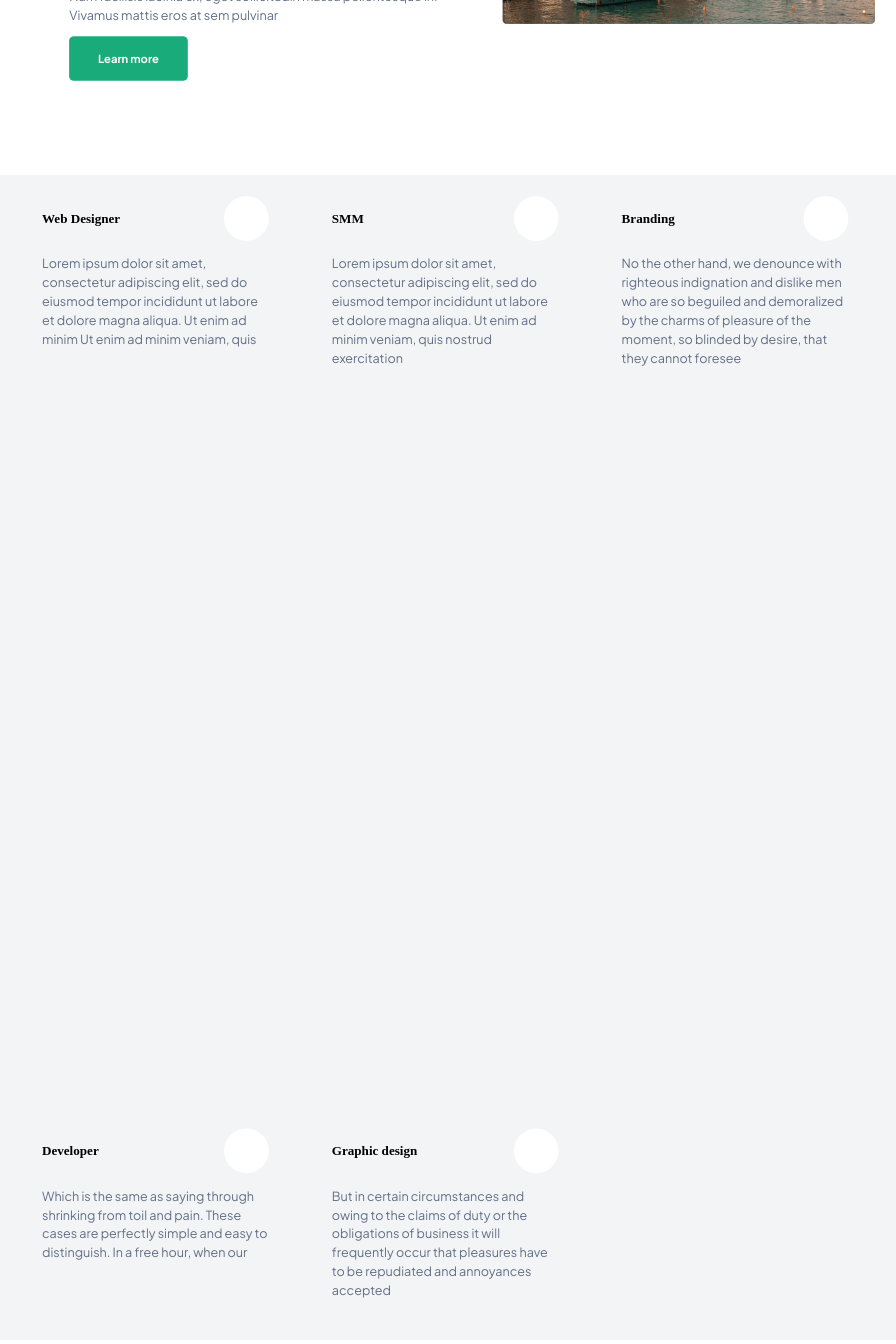
Repository: UlugbekAbdurasulov/pixar
Page: index.html
These files come from the project's save history. The page is drawn as it stood at one moment and after the next save; the edit follows.
The browser window is 1280 px wide. The pictures show the part of the page from y = 513 to 2433 px (the page is 4088 px tall before and 4096 px after), at 70% of full size.

Above is the page before, as saved 2023-06-05 04:30:36.

After the next save:
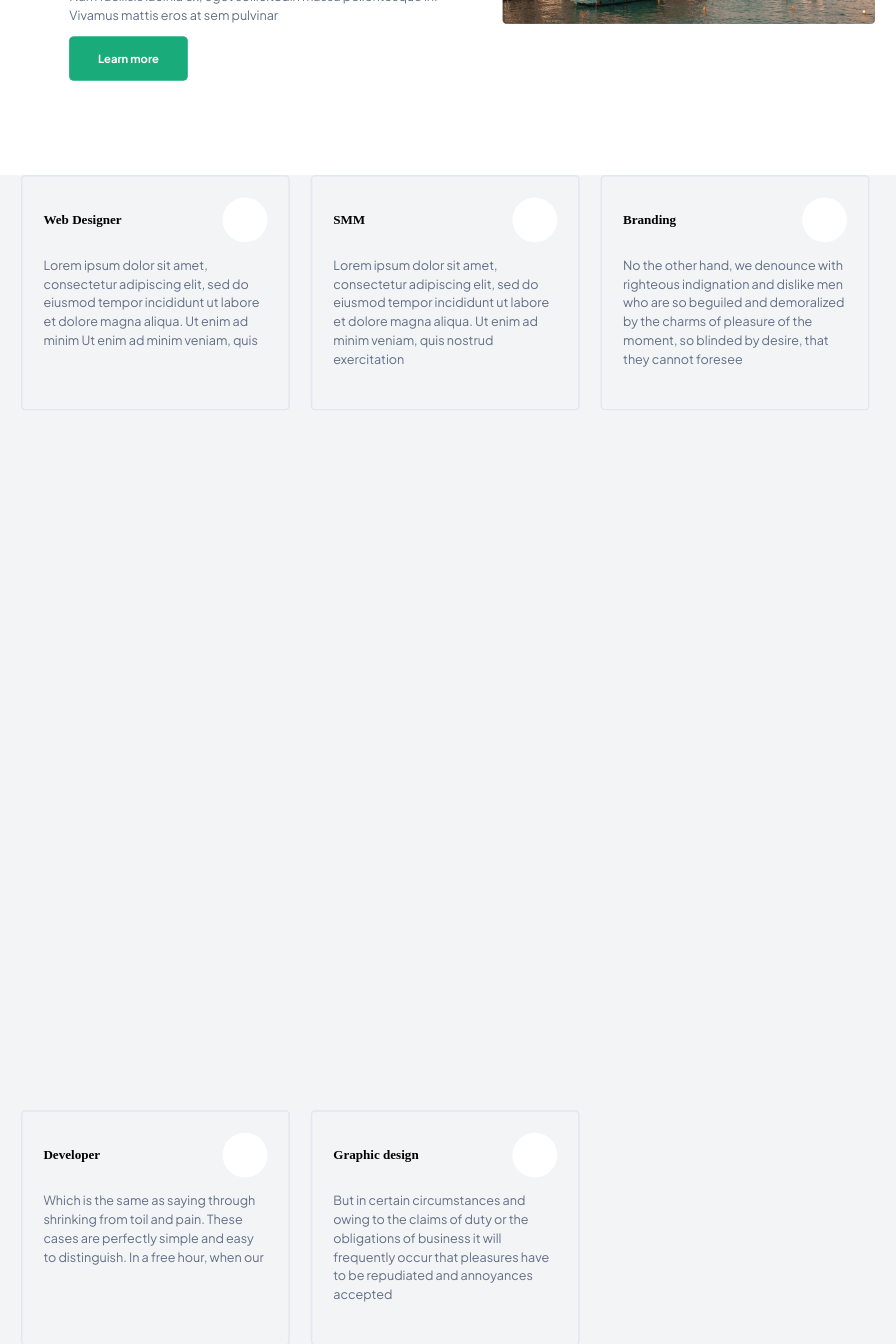
Saved 111 s later.
--- a/css/main.css
+++ b/css/main.css
@@ -321,6 +321,9 @@ opacity: 0.8;
 .service-item{
   width: 384px;
   padding: 30px 30px 40px;
+  background: #F2F4F6;
+border: 2px solid #E1E7ED;
+border-radius: 6px;
 }
 .service-title-wrapper{
   display: flex;
